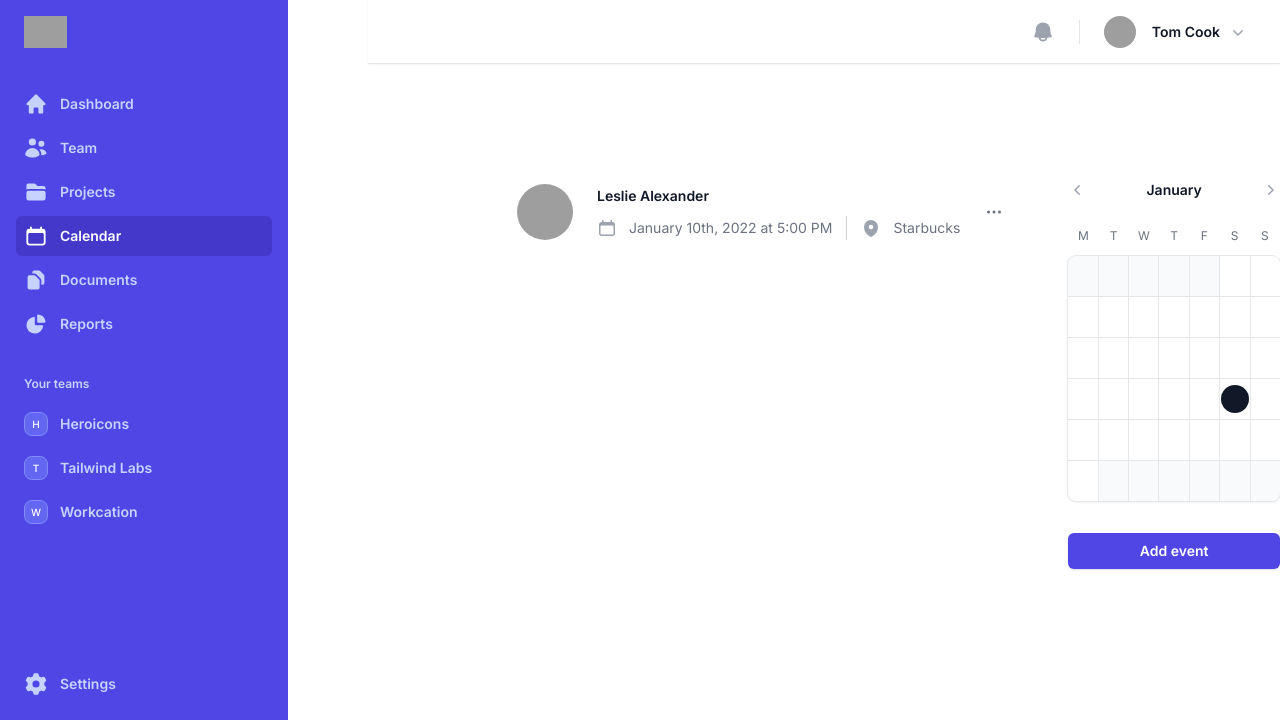
Repository: uh-sman/digital-x
Page: /calender
These files come from the project's save history. The page is drawn as it stood at one moment and after the next save; the edit follows.
The browser window is 1280 px wide. The pictures show the whole page.
Pictures or frames that could not be fetched are drawn as grey boxes. The project was rebuilt for these pictures with package versions that can differ from the ones it lists, and the page was loaded fresh each time. The framework's server and built-in components were replaced by stand-ins that run in the browser. Also part of the build but not shown: next.config.mjs.

Above is the page before, as saved 2024-04-02 10:42:43.

### app/layout.tsx
import type { Metadata } from "next";
import { Inter } from "next/font/google";
import "./globals.css";
import SideBar from "./(routes)/(components)/sidebar";
import { NavMenu } from "./(routes)/(components)/nav-menu";

const inter = Inter({ subsets: ["latin"] });

export const metadata: Metadata = {
  title: "Create Next App",
  description: "Generated by create next app",
};

export default function RootLayout({
  children,
}: Readonly<{
  children: React.ReactNode;
}>) {
  return (
    <html lang="en">
      <body className={inter.className}>
      <div className="flex gap-x-20 w-full overflow-hidden">
        <div className="sr-only md:not-sr-only">
          <SideBar />
        </div>
        <div className="w-full h-screen">
          {/* <Box className="bg-neutral-900 border-none h-screen overflow-x-auto"> */}
            <NavMenu />
            {children}
          {/* </Box> */}
        </div>
      </div>
      </body>
    </html>
  );
}

### app/(routes)/calender/page.tsx
"use client"
import Image from "next/image";
// import SideBar from "./(components)/sidebar";

import { Fragment } from "react";
import {
  CalendarIcon,
  ChevronLeftIcon,
  ChevronRightIcon,
  EllipsisHorizontalIcon,
  MapPinIcon,
} from "@heroicons/react/20/solid";
import { Menu, Transition } from "@headlessui/react";

const meetings = [
  {
    id: 1,
    date: "January 10th, 2022",
    time: "5:00 PM",
    datetime: "2022-01-10T17:00",
    name: "Leslie Alexander",
    imageUrl:
      "https://images.unsplash.com/photo-1494790108377-be9c29b29330?ixlib=rb-1.2.1&ixid=eyJhcHBfaWQiOjEyMDd9&auto=format&fit=facearea&facepad=2&w=256&h=256&q=80",
    location: "Starbucks",
  },
  // More meetings...
];
const days = [
  { date: "2021-12-27" },
  { date: "2021-12-28" },
  { date: "2021-12-29" },
  { date: "2021-12-30" },
  { date: "2021-12-31" },
  { date: "2022-01-01", isCurrentMonth: true },
  { date: "2022-01-02", isCurrentMonth: true },
  { date: "2022-01-03", isCurrentMonth: true },
  { date: "2022-01-04", isCurrentMonth: true },
  { date: "2022-01-05", isCurrentMonth: true },
  { date: "2022-01-06", isCurrentMonth: true },
  { date: "2022-01-07", isCurrentMonth: true },
  { date: "2022-01-08", isCurrentMonth: true },
  { date: "2022-01-09", isCurrentMonth: true },
  { date: "2022-01-10", isCurrentMonth: true },
  { date: "2022-01-11", isCurrentMonth: true },
  { date: "2022-01-12", isCurrentMonth: true, isToday: true },
  { date: "2022-01-13", isCurrentMonth: true },
  { date: "2022-01-14", isCurrentMonth: true },
  { date: "2022-01-15", isCurrentMonth: true },
  { date: "2022-01-16", isCurrentMonth: true },
  { date: "2022-01-17", isCurrentMonth: true },
  { date: "2022-01-18", isCurrentMonth: true },
  { date: "2022-01-19", isCurrentMonth: true },
  { date: "2022-01-20", isCurrentMonth: true },
  { date: "2022-01-21", isCurrentMonth: true },
  { date: "2022-01-22", isCurrentMonth: true, isSelected: true },
  { date: "2022-01-23", isCurrentMonth: true },
  { date: "2022-01-24", isCurrentMonth: true },
  { date: "2022-01-25", isCurrentMonth: true },
  { date: "2022-01-26", isCurrentMonth: true },
  { date: "2022-01-27", isCurrentMonth: true },
  { date: "2022-01-28", isCurrentMonth: true },
  { date: "2022-01-29", isCurrentMonth: true },
  { date: "2022-01-30", isCurrentMonth: true },
  { date: "2022-01-31", isCurrentMonth: true },
  { date: "2022-02-01" },
  { date: "2022-02-02" },
  { date: "2022-02-03" },
  { date: "2022-02-04" },
  { date: "2022-02-05" },
  { date: "2022-02-06" },
];

function classNames(...classes: any) {
  return classes.filter(Boolean).join(" ");
}

const Calender = () => {
  return (
    <div className="flex justify-between w-full">
      <h2 className="text-base font-semibold leading-6 text-gray-900">
        Upcoming meetings
      </h2>
      <div className="lg:grid lg:grid-cols-12 lg:gap-x-16">
        <div className="mt-10 text-center lg:col-start-8 lg:col-end-13 lg:row-start-1 lg:mt-9 xl:col-start-9">
          <div className="flex items-center text-gray-900">
            <button
              type="button"
              className="-m-1.5 flex flex-none items-center justify-center p-1.5 text-gray-400 hover:text-gray-500"
            >
              <span className="sr-only">Previous month</span>
              <ChevronLeftIcon className="h-5 w-5" aria-hidden="true" />
            </button>
            <div className="flex-auto text-sm font-semibold">January</div>
            <button
              type="button"
              className="-m-1.5 flex flex-none items-center justify-center p-1.5 text-gray-400 hover:text-gray-500"
            >
              <span className="sr-only">Next month</span>
              <ChevronRightIcon className="h-5 w-5" aria-hidden="true" />
            </button>
          </div>
          <div className="mt-6 grid grid-cols-7 text-xs leading-6 text-gray-500">
            <div>M</div>
            <div>T</div>
            <div>W</div>
            <div>T</div>
            <div>F</div>
            <div>S</div>
            <div>S</div>
          </div>
          <div className="isolate mt-2 grid grid-cols-7 gap-px rounded-lg bg-gray-200 text-sm shadow ring-1 ring-gray-200">
            {days.map((day, dayIdx) => (
              <button
                key={day.date}
                type="button"
                className={classNames(
                  "py-1.5 hover:bg-gray-100 focus:z-10",
                  day.isCurrentMonth ? "bg-white" : "bg-gray-50",
                  (day.isSelected || day.isToday) && "font-semibold",
                  day.isSelected && "text-white",
                  !day.isSelected &&
                    day.isCurrentMonth &&
                    !day.isToday &&
                    "text-gray-900",
                  !day.isSelected &&
                    !day.isCurrentMonth &&
                    !day.isToday &&
                    "text-gray-400",
                  day.isToday && !day.isSelected && "text-indigo-600",
                  dayIdx === 0 && "rounded-tl-lg",
                  dayIdx === 6 && "rounded-tr-lg",
                  dayIdx === days.length - 7 && "rounded-bl-lg",
                  dayIdx === days.length - 1 && "rounded-br-lg"
                )}
              >
                <time
                  dateTime={day.date}
                  className={classNames(
                    "mx-auto flex h-7 w-7 items-center justify-center rounded-full",
                    day.isSelected && day.isToday && "bg-indigo-600",
                    day.isSelected && !day.isToday && "bg-gray-900"
                  )}
                >
                  {/* {day.date.split('-').pop().replace(/^0/, '')} */}
                </time>
              </button>
            ))}
          </div>
          <button
            type="button"
            className="mt-8 w-full rounded-md bg-indigo-600 px-3 py-2 text-sm font-semibold text-white shadow hover:bg-indigo-500 focus-visible:outline focus-visible:outline-2 focus-visible:outline-offset-2 focus-visible:outline-indigo-600"
          >
            Add event
          </button>
        </div>
        <ol className="mt-4 divide-y divide-gray-100 text-sm leading-6 lg:col-span-7 xl:col-span-8">
          {meetings.map((meeting) => (
            <li
              key={meeting.id}
              className="relative flex space-x-6 py-6 xl:static"
            >
              <img
                src={meeting.imageUrl}
                alt=""
                className="h-14 w-14 flex-none rounded-full"
              />
              <div className="flex-auto">
                <h3 className="pr-10 font-semibold text-gray-900 xl:pr-0">
                  {meeting.name}
                </h3>
                <dl className="mt-2 flex flex-col text-gray-500 xl:flex-row">
                  <div className="flex items-start space-x-3">
                    <dt className="mt-0.5">
                      <span className="sr-only">Date</span>
                      <CalendarIcon
                        className="h-5 w-5 text-gray-400"
                        aria-hidden="true"
                      />
                    </dt>
                    <dd>
                      <time dateTime={meeting.datetime}>
                        {meeting.date} at {meeting.time}
                      </time>
                    </dd>
                  </div>
                  <div className="mt-2 flex items-start space-x-3 xl:ml-3.5 xl:mt-0 xl:border-l xl:border-gray-400 xl:border-opacity-50 xl:pl-3.5">
                    <dt className="mt-0.5">
                      <span className="sr-only">Location</span>
                      <MapPinIcon
                        className="h-5 w-5 text-gray-400"
                        aria-hidden="true"
                      />
                    </dt>
                    <dd>{meeting.location}</dd>
                  </div>
                </dl>
              </div>
              <Menu
                as="div"
                className="absolute right-0 top-6 xl:relative xl:right-auto xl:top-auto xl:self-center"
              >
                <div>
                  <Menu.Button className="-m-2 flex items-center rounded-full p-2 text-gray-500 hover:text-gray-600">
                    <span className="sr-only">Open options</span>
                    <EllipsisHorizontalIcon
                      className="h-5 w-5"
                      aria-hidden="true"
                    />
                  </Menu.Button>
                </div>

                <Transition
                  as={Fragment}
                  enter="transition ease-out duration-100"
                  enterFrom="transform opacity-0 scale-95"
                  enterTo="transform opacity-100 scale-100"
                  leave="transition ease-in duration-75"
                  leaveFrom="transform opacity-100 scale-100"
                  leaveTo="transform opacity-0 scale-95"
                >
                  <Menu.Items className="absolute right-0 z-10 mt-2 w-36 origin-top-right rounded-md bg-white shadow-lg ring-1 ring-black ring-opacity-5 focus:outline-none">
                    <div className="py-1">
                      <Menu.Item>
                        {({ active }) => (
                          <a
                            href="#"
                            className={classNames(
                              active
                                ? "bg-gray-100 text-gray-900"
                                : "text-gray-700",
                              "block px-4 py-2 text-sm"
                            )}
                          >
                            Edit
                          </a>
                        )}
                      </Menu.Item>
                      <Menu.Item>
                        {({ active }) => (
                          <a
                            href="#"
                            className={classNames(
                              active
                                ? "bg-gray-100 text-gray-900"
                                : "text-gray-700",
                              "block px-4 py-2 text-sm"
                            )}
                          >
                            Cancel
                          </a>
                        )}
                      </Menu.Item>
                    </div>
                  </Menu.Items>
                </Transition>
              </Menu>
            </li>
          ))}
        </ol>
      </div>
    </div>
  );
};

export default Calender;

### app/(routes)/(components)/nav-menu.tsx
"use client"
import { Menu, Transition } from '@headlessui/react'
import { Bars3Icon, BellIcon, ChevronDownIcon } from '@heroicons/react/20/solid'
import React, { Fragment, useState } from 'react'


const teams = [
    { id: 1, name: 'Heroicons', href: '#', initial: 'H', current: false },
    { id: 2, name: 'Tailwind Labs', href: '#', initial: 'T', current: false },
    { id: 3, name: 'Workcation', href: '#', initial: 'W', current: false },
  ]

  const userNavigation = [
    { name: 'Your profile', href: '#' },
    { name: 'Sign out', href: '#' },
  ]

  function classNames(...classes:any) {
    return classes.filter(Boolean).join(' ')
  }
export const NavMenu = () => {
    const [sidebarOpen, setSidebarOpen] = useState(false)

  return (
    <div className="lg:pl-72">
    <div className="sticky top-0 z-40 flex h-16 shrink-0 items-center gap-x-4 border-b border-gray-200 bg-white px-4 shadow-sm sm:gap-x-6 sm:px-6 lg:px-8">
      <button type="button" className="-m-2.5 p-2.5 text-gray-700 lg:hidden" onClick={() => setSidebarOpen(true)}>
        <span className="sr-only">Open sidebar</span>
        <Bars3Icon className="h-6 w-6" aria-hidden="true" />
      </button>

      {/* Separator */}
      <div className="h-6 w-px bg-gray-900/10 lg:hidden" aria-hidden="true" />

      <div className="flex flex-1 gap-x-4 justify-end self-stretch lg:gap-x-6">
        {/* <form className="relative flex flex-1" action="#" method="GET">
          <label htmlFor="search-field" className="sr-only">
            Search
          </label>
          <MagnifyingGlassIcon
            className="pointer-events-none absolute inset-y-0 left-0 h-full w-5 text-gray-400"
            aria-hidden="true"
          />
          <input
            id="search-field"
            className="block h-full w-full border-0 py-0 pl-8 pr-0 text-gray-900 placeholder:text-gray-400 focus:ring-0 sm:text-sm"
            placeholder="Search..."
            type="search"
            name="search"
          />
        </form> */}
        <div className="flex items-center gap-x-4 lg:gap-x-6">
          <button type="button" className="-m-2.5 p-2.5 text-gray-400 hover:text-gray-500">
            <span className="sr-only">View notifications</span>
            <BellIcon className="h-6 w-6" aria-hidden="true" />
          </button>

          {/* Separator */}
          <div className="hidden lg:block lg:h-6 lg:w-px lg:bg-gray-900/10" aria-hidden="true" />

          {/* Profile dropdown */}
          <Menu as="div" className="relative">
            <Menu.Button className="-m-1.5 flex items-center p-1.5">
              <span className="sr-only">Open user menu</span>
              <img
                className="h-8 w-8 rounded-full bg-gray-50"
                src="https://images.unsplash.com/photo-1472099645785-5658abf4ff4e?ixlib=rb-1.2.1&ixid=eyJhcHBfaWQiOjEyMDd9&auto=format&fit=facearea&facepad=2&w=256&h=256&q=80"
                alt=""
              />
              <span className="hidden lg:flex lg:items-center">
                <span className="ml-4 text-sm font-semibold leading-6 text-gray-900" aria-hidden="true">
                  Tom Cook
                </span>
                <ChevronDownIcon className="ml-2 h-5 w-5 text-gray-400" aria-hidden="true" />
              </span>
            </Menu.Button>
            <Transition
              as={Fragment}
              enter="transition ease-out duration-100"
              enterFrom="transform opacity-0 scale-95"
              enterTo="transform opacity-100 scale-100"
              leave="transition ease-in duration-75"
              leaveFrom="transform opacity-100 scale-100"
              leaveTo="transform opacity-0 scale-95"
            >
              <Menu.Items className="absolute right-0 z-10 mt-2.5 w-32 origin-top-right rounded-md bg-white py-2 shadow-lg ring-1 ring-gray-900/5 focus:outline-none">
                {userNavigation.map((item) => (
                  <Menu.Item key={item.name}>
                    {({ active }) => (
                      <a
                        href={item.href}
                        className={classNames(
                          active ? 'bg-gray-50' : '',
                          'block px-3 py-1 text-sm leading-6 text-gray-900'
                        )}
                      >
                        {item.name}
                      </a>
                    )}
                  </Menu.Item>
                ))}
              </Menu.Items>
            </Transition>
          </Menu>
        </div>
      </div>
    </div>

    <main className="py-10">
      <div className="px-4 sm:px-6 lg:px-8">
          {/* components */}
      </div>
    </main>
  </div>
  )
}

### tailwind.config.ts
import type { Config } from "tailwindcss";

const config: Config = {
  content: [
    "./pages/**/*.{js,ts,jsx,tsx,mdx}",
    "./components/**/*.{js,ts,jsx,tsx,mdx}",
    "./app/**/*.{js,ts,jsx,tsx,mdx}",
  ],
  theme: {
    extend: {
      backgroundImage: {
        "gradient-radial": "radial-gradient(var(--tw-gradient-stops))",
        "gradient-conic":
          "conic-gradient(from 180deg at 50% 50%, var(--tw-gradient-stops))",
      },
    },
  },
  plugins: [
    require("@tailwindcss/forms"),
  ],
};
export default config;

Loaded but not shown: app/globals.css (common file); app/(routes)/(components)/sidebar.tsx (272 lines, source omitted)

After the next save:
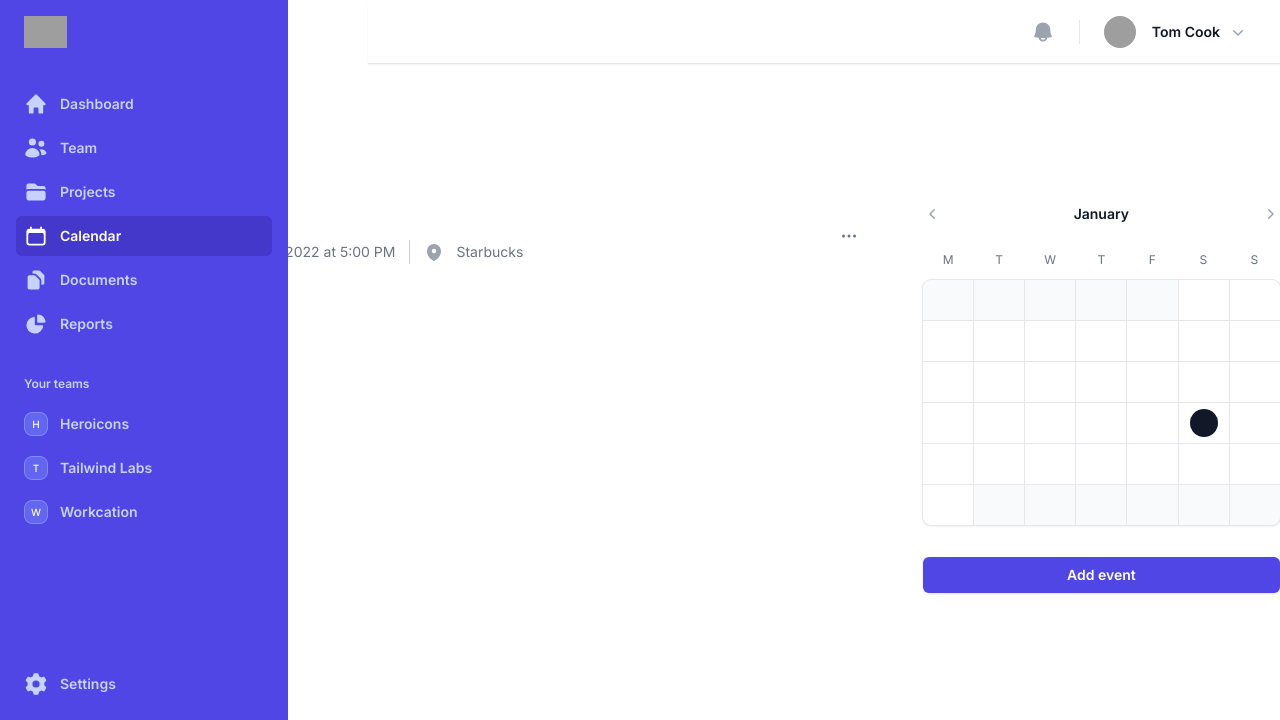
Saved 3 min 53 s later.
--- a/app/(routes)/calender/page.tsx
+++ b/app/(routes)/calender/page.tsx
@@ -76,7 +76,7 @@ function classNames(...classes: any) {
 
 const Calender = () => {
   return (
-    <div className="flex justify-between w-full">
+    <div className=" w-full">
       <h2 className="text-base font-semibold leading-6 text-gray-900">
         Upcoming meetings
       </h2>
